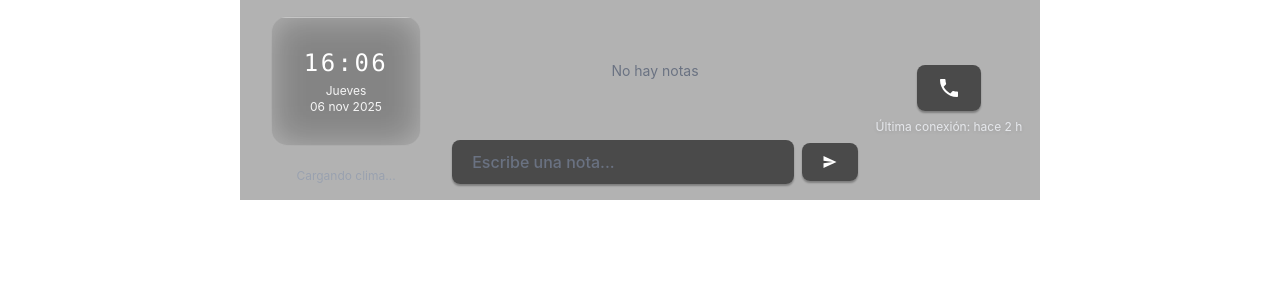
Repository: CodeByEvans/my-romantic-widget
Page: /
The author's editor kept a copy of each file at every save. The page is drawn from the files as they stood at one save, then again after the next save.
The browser window is 1280 px wide. The pictures show the whole page.
The page's requests for data from a server got no answer. The project was rebuilt for these pictures with package versions that can differ from the ones it lists, and the page was loaded fresh each time. No one was signed in, and anything a server would have sent is missing. Also part of the build but not shown: vite.config.ts.

Above is the page before, as saved 2025-11-07 12:42:52.

After the next save:
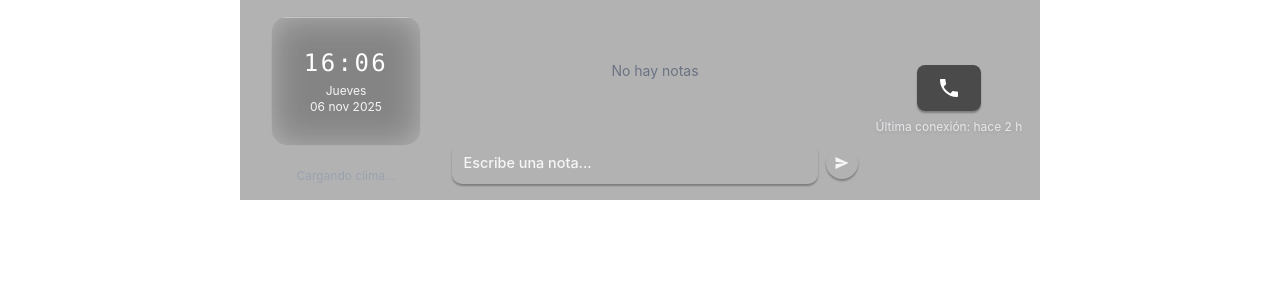
Saved 5 s later.
--- a/src/components/NoteInput.tsx
+++ b/src/components/NoteInput.tsx
@@ -6,12 +6,9 @@ export const NoteInput = () => {
       <input
         type="text"
         placeholder="Escribe una nota..."
-        className="flex-1 text-sm px-3 py-2 rounded-lg bg-white text-gray-800 placeholder-gray-500 focus:outline-none focus:ring-2 focus:ring-blue-300 transition-all"
+        className="theme-input"
       />
-      <button
-        type="submit"
-        className="p-2 bg-blue-500 rounded-full text-white hover:bg-blue-600 transition-colors"
-      >
+      <button type="submit" className="theme-button">
         <IoMdSend size={16} />
       </button>
     </form>
